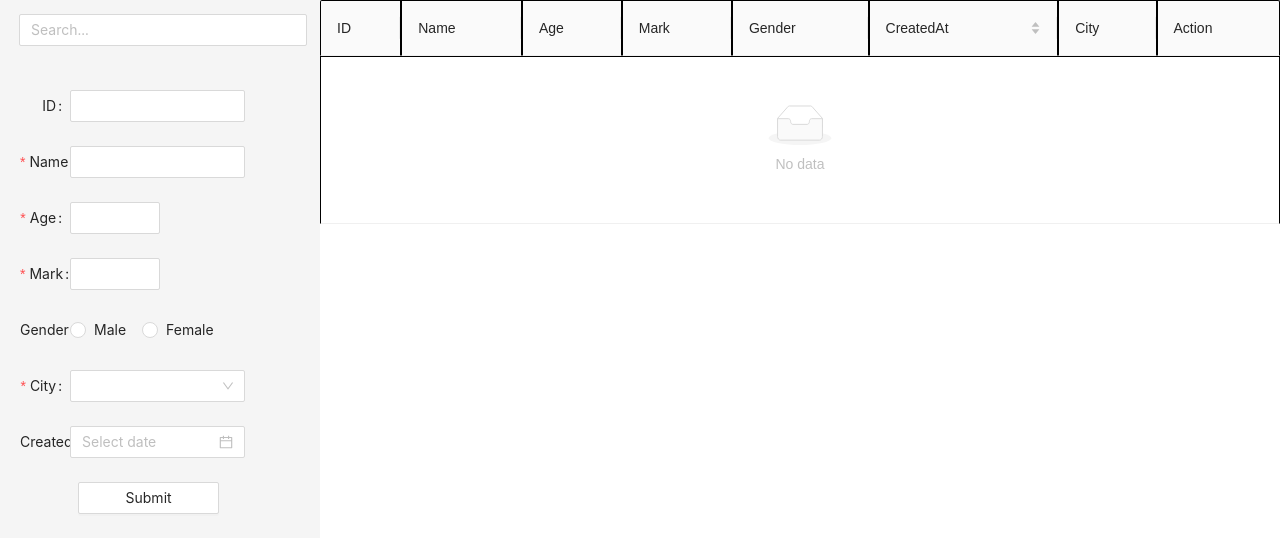
Repository: haminhdat1407/react-api-student
Page: /
These files come from the project's save history. The page is drawn as it stood at one moment and after the next save; the edit follows.
The browser window is 1280 px wide. The pictures show the whole page.
The page's requests for data from a server got no answer. The project was rebuilt for these pictures with package versions that can differ from the ones it lists, and the page was loaded fresh each time. No one was signed in, and anything a server would have sent is missing. Also part of the build but not shown: src/styles.css.

Above is the page before, as saved 2022-03-13 22:24:11.

After the next save:
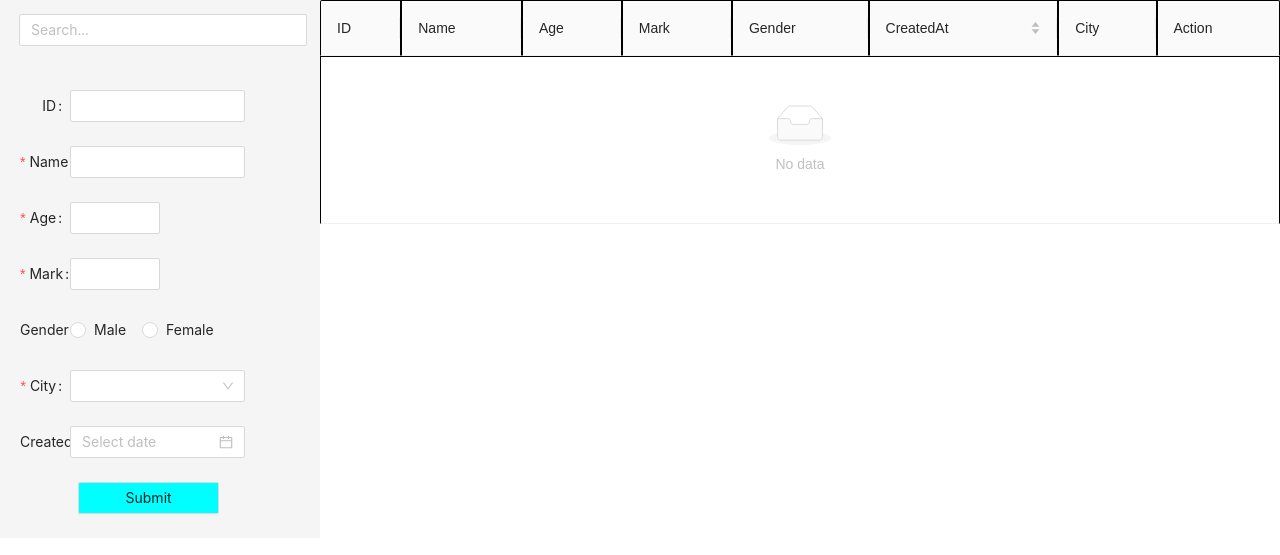
Saved 82 s later.
--- a/src/components/Form/index.jsx
+++ b/src/components/Form/index.jsx
@@ -118,7 +118,7 @@ const FormInput = ({ onChange, dataEdit = {} }) => {
         </Form.Item>
 
         <Form.Item style={{ marginLeft: '58px' }}>
-          <Button block htmlType='submit'>
+          <Button block htmlType='submit' style={{ backgroundColor: 'aqua' }}>
             Submit
           </Button>
         </Form.Item>
